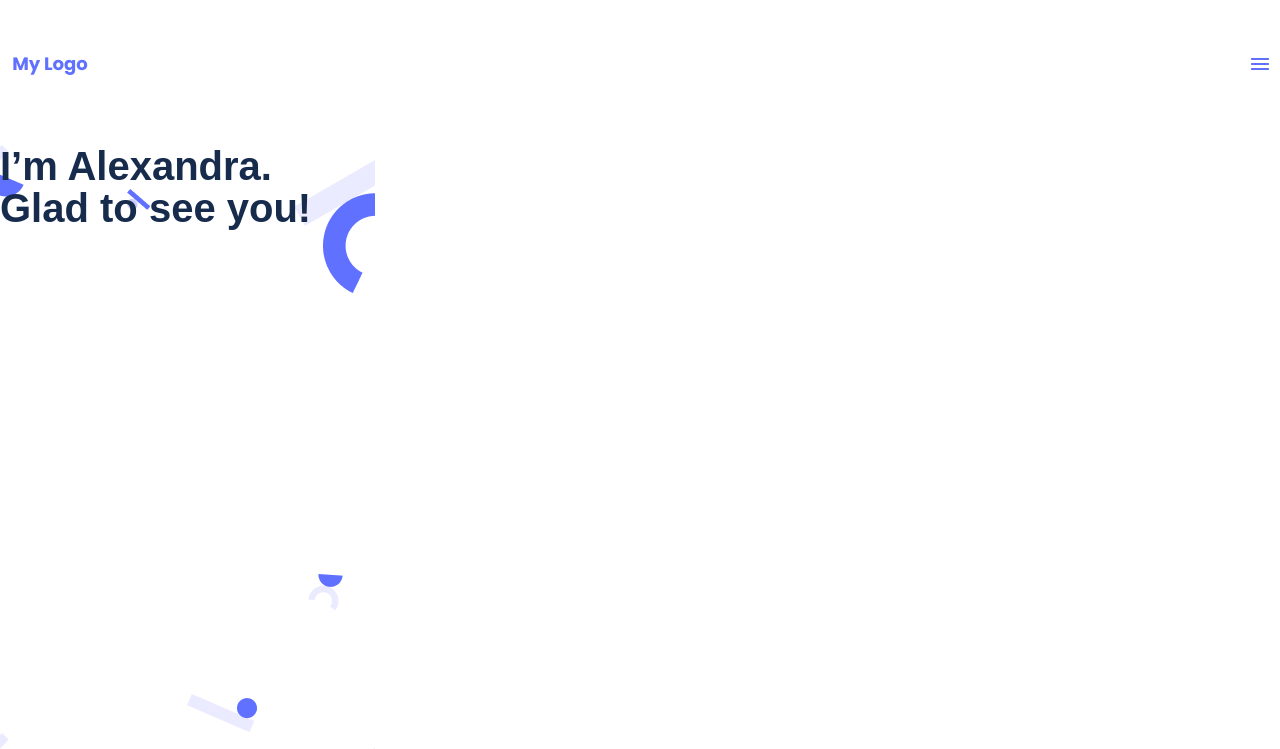
Repository: Paulinelali/potfoilo.github.io
Page: public/index.html
The author's editor kept a copy of each file at every save. The page is drawn from the files as they stood at one save, then again after the next save.
The browser window is 1280 px wide. The pictures show the whole page.

Above is the page before, as saved 2023-03-24 21:32:51.

### public/index.html
<!DOCTYPE html>
<html lang="en">
<head>
    <meta charset="UTF-8">
    <meta http-equiv="X-UA-Compatible" content="IE=edge">
    <meta name="viewport" content="width=device-width, initial-scale=1.0">
    <link rel="stylesheet" href="../styles/style.css">
    <title>Ayomide S.E.P</title>
</head>
<body>

    <header class="header header-top">
        <div class="header-inner sp-btw-flex">
            <div class="heoader-log">
                <img src="../assets/Logo Placeholder.png" alt="">
            </div>
            <div class="header-mobile-icon">
                <img src="../assets/Normal Button/Tertiary/Enabled.png" alt="">
            </div>
        </div>
    </header>

    <section class="intro-section">
        <h2 class="intro-title">I’m Alexandra.
            Glad to see you!</h2>
    </section>
</body>
</html>

### styles/style.css
*{
    box-sizing: border-box;
    padding: 0px;
    margin: 0px;
}
.intro-section{
    background-image: url("../assets/header-shapes\ mobile.png");
    width: 375px;
    background-size: contain;
    position: absolute;
    top: 145px;
    height: 604px;

}

.intro-title{
    font-family: 'Poppins', sans-serif;
    font-size: 40px;
    font-weight: 700;
    line-height: 42px;
    color: #172B4D;
    width: 327px;
    align-items: center;
}

.header-inner{
    position: absolute;
    width: 100%;
    height: 48px;
    top: 44px;
    display: flex;
    justify-content: space-between;
}

.sp-btw-flex{ display: flex;}
.sp-btw-fle .heoader-log{
    width: 40px;
    height: 40px;
    left: 24px;
    top: cal(50% -40px/2);
    border-radius: 8px;
    -webkit-border-radius: 8px;
    -moz-border-radius: 8px;
    -ms-border-radius: 8px;
    -o-border-radius: 8px;
}

.header-mobile-icon{
    width: 40px;
    height: 40px;
    right: 24px;
    top: cal(50% -40px/2);
    border-radius: 8px;
    -webkit-border-radius: 8px;
    -moz-border-radius: 8px;
    -ms-border-radius: 8px;
    -o-border-radius: 8px;
}

After the next save:
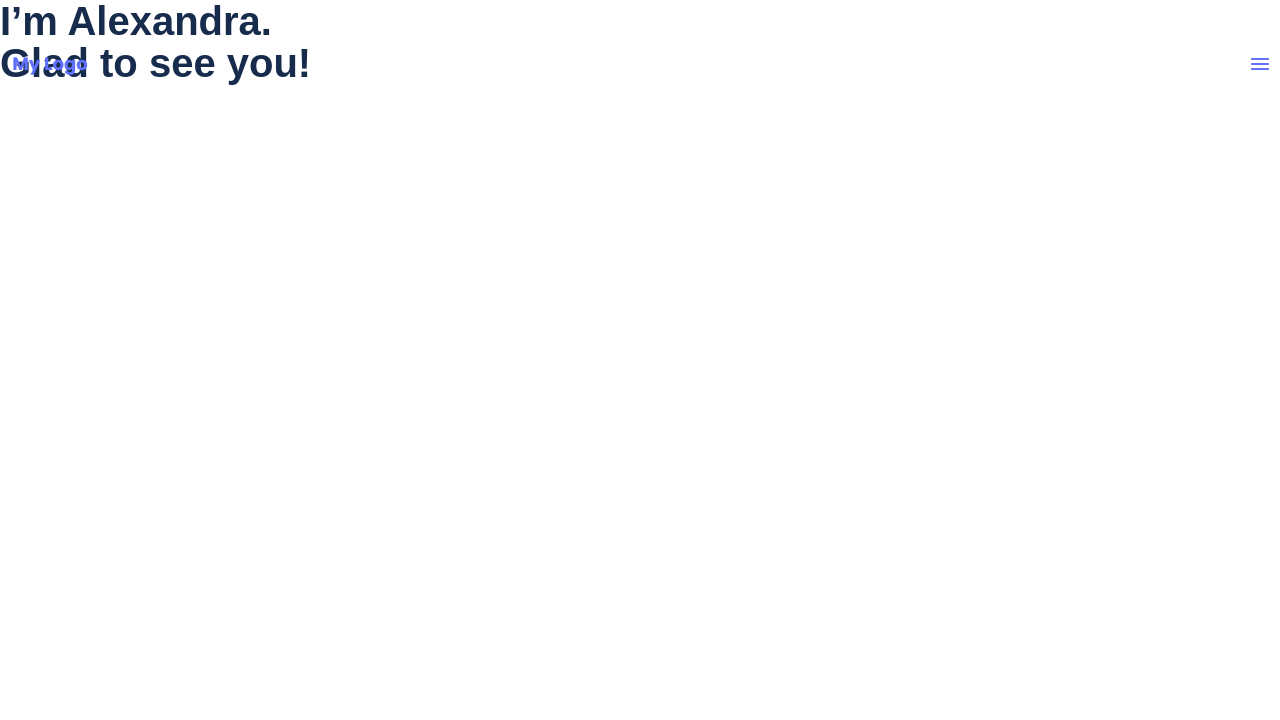
Saved 8 s later.
--- a/styles/style.css
+++ b/styles/style.css
@@ -3,6 +3,7 @@
     padding: 0px;
     margin: 0px;
 }
+.site-wrapper
 .intro-section{
     background-image: url("../assets/header-shapes\ mobile.png");
     width: 375px;

After the 2 saves that followed:
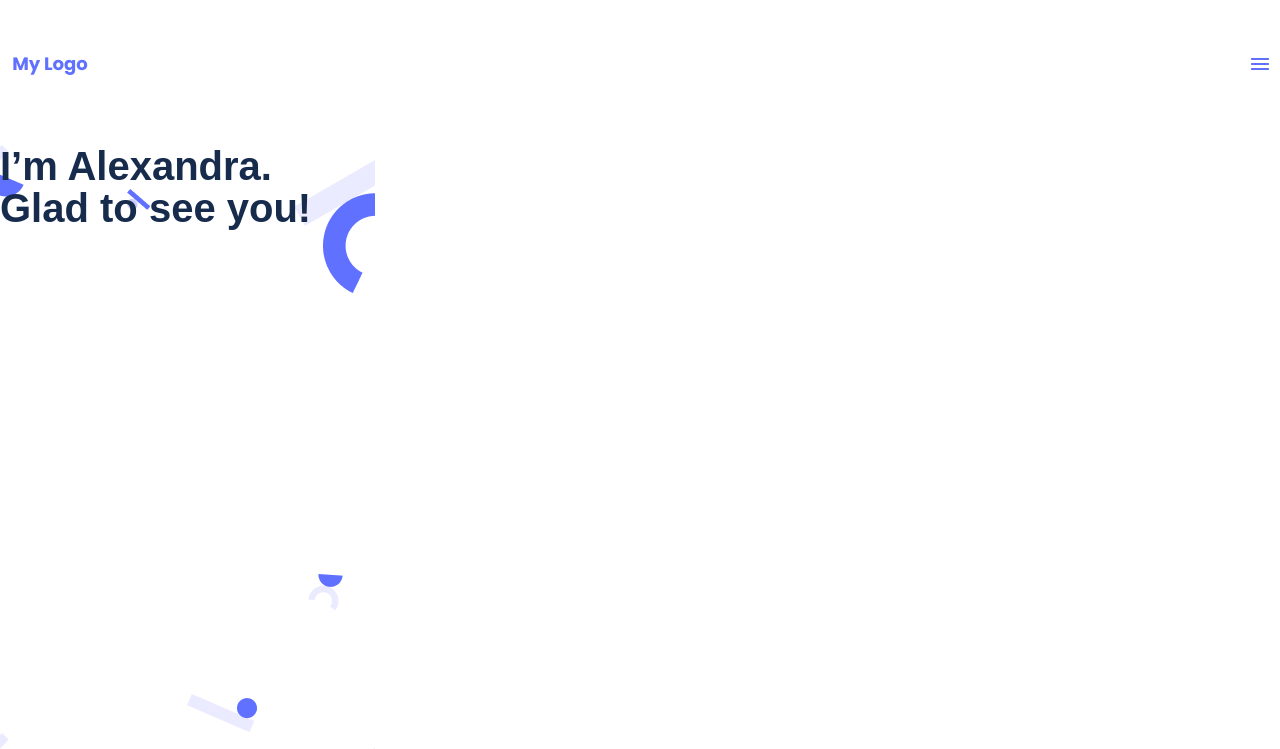
The 2 saves are shown as one change because they came seconds apart.
The last was saved 7 s later.
--- a/styles/style.css
+++ b/styles/style.css
@@ -3,7 +3,7 @@
     padding: 0px;
     margin: 0px;
 }
-.site-wrapper
+.site-wrapper{ padding: 16px}
 .intro-section{
     background-image: url("../assets/header-shapes\ mobile.png");
     width: 375px;
